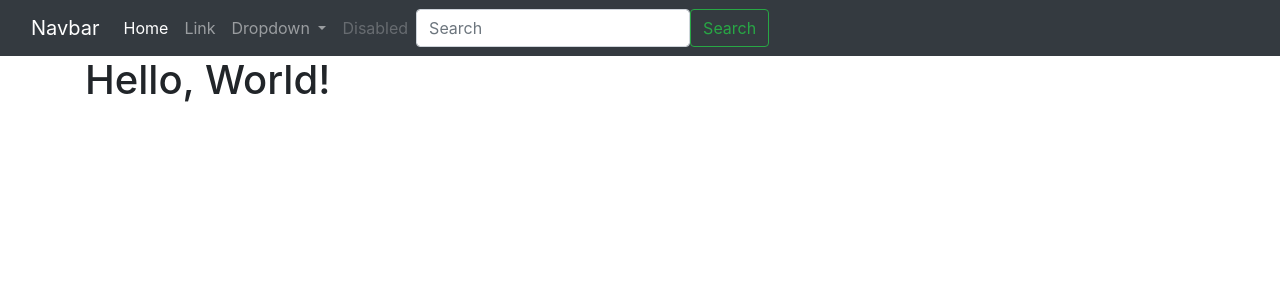
Repository: jaisydh07/WEBD6201-Week1
Page: index.html
These files come from the project's save history. The page is drawn as it stood at one moment and after the next save; the edit follows.
The browser window is 1280 px wide. The pictures show the whole page.

Above is the page before, as saved 2021-01-28 22:19:56.

### index.html
<!DOCTYPE html>
<html lang="en">
<head>
    <meta charset="UTF-8">
    <meta name="viewport" content="width=device-width, initial-scale=1.0">
    <title>Hello, World!</title>
    <!-- CSS Section -->
    <link rel="stylesheet" href="./node_modules/bootstrap/dist/css/bootstrap.min.css">
    <link rel="stylesheet" href="./node_modules/@fortawesome/fontawesome-free/css/all.min.css">
    <link rel="stylesheet" href="./Content/app.css">
</head>
<body>

    <nav class="navbar navbar-expand-lg navbar-dark bg-dark">
        <div class="container-fluid">
          <a class="navbar-brand" href="#">Navbar</a>
          <button class="navbar-toggler" type="button" data-bs-toggle="collapse" data-bs-target="#navbarSupportedContent" aria-controls="navbarSupportedContent" aria-expanded="false" aria-label="Toggle navigation">
            <span class="navbar-toggler-icon"></span>
          </button>
          <div class="collapse navbar-collapse" id="navbarSupportedContent">
            <ul class="navbar-nav me-auto mb-2 mb-lg-0">
              <li class="nav-item">
                <a class="nav-link active" aria-current="page" href="#">Home</a>
              </li>
              <li class="nav-item">
                <a class="nav-link" href="#">Link</a>
              </li>
              <li class="nav-item dropdown">
                <a class="nav-link dropdown-toggle" href="#" id="navbarDropdown" role="button" data-bs-toggle="dropdown" aria-expanded="false">
                  Dropdown
                </a>
                <ul class="dropdown-menu" aria-labelledby="navbarDropdown">
                  <li><a class="dropdown-item" href="#">Action</a></li>
                  <li><a class="dropdown-item" href="#">Another action</a></li>
                  <li><hr class="dropdown-divider"></li>
                  <li><a class="dropdown-item" href="#">Something else here</a></li>
                </ul>
              </li>
              <li class="nav-item">
                <a class="nav-link disabled" href="#" tabindex="-1" aria-disabled="true">Disabled</a>
              </li>
            </ul>
            <form class="d-flex">
              <input class="form-control me-2" type="search" placeholder="Search" aria-label="Search">
              <button class="btn btn-outline-success" type="submit">Search</button>
            </form>
          </div>
        </div>
      </nav>

    <div class="container">
        <h1>Hello, World!</h1>
    </div>

    <!-- JavaScript Section -->
    <script src="./node_modules/jquery/dist/jquery.min.js"></script>
    <script src="./node_modules/bootstrap/dist/js/bootstrap.bundle.min.js"></script>

    <script src="./Scripts/app.js"></script>
</body>
</html>

### Content/app.css
/* Custom CSS goes here */

### Scripts/app.js
/* Custom Scripts go here */

//IIFE - Immediately Invoked Function Expression
//AKA: Anonymous Self-Executing Function

(function()
{
    // initialization function
    function Start()
    {
        console.log("App Started...");

    }

    // event listener
    window.addEventListener("load",Start);

})();

Loaded but not shown: node_modules/bootstrap/dist/css/bootstrap.min.css (library); node_modules/@fortawesome/fontawesome-free/css/all.min.css (library); node_modules/jquery/dist/jquery.min.js (library); node_modules/bootstrap/dist/js/bootstrap.bundle.min.js (library)

After the next save:
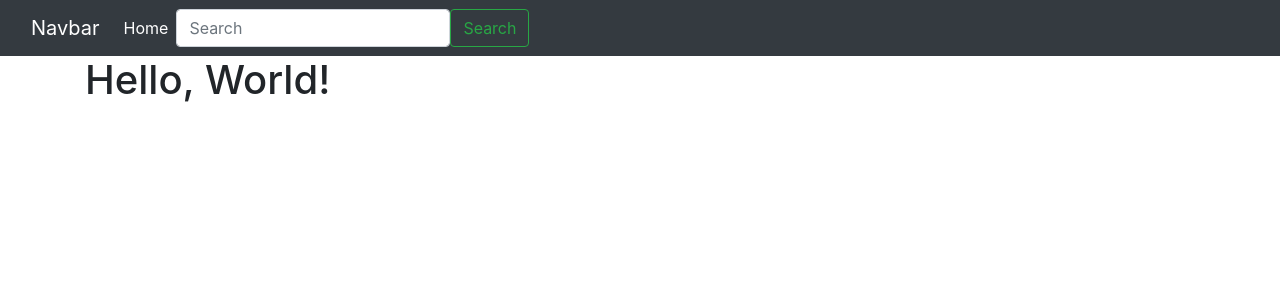
Saved 4 min 38 s later.
--- a/index.html
+++ b/index.html
@@ -22,23 +22,6 @@
               <li class="nav-item">
                 <a class="nav-link active" aria-current="page" href="#">Home</a>
               </li>
-              <li class="nav-item">
-                <a class="nav-link" href="#">Link</a>
-              </li>
-              <li class="nav-item dropdown">
-                <a class="nav-link dropdown-toggle" href="#" id="navbarDropdown" role="button" data-bs-toggle="dropdown" aria-expanded="false">
-                  Dropdown
-                </a>
-                <ul class="dropdown-menu" aria-labelledby="navbarDropdown">
-                  <li><a class="dropdown-item" href="#">Action</a></li>
-                  <li><a class="dropdown-item" href="#">Another action</a></li>
-                  <li><hr class="dropdown-divider"></li>
-                  <li><a class="dropdown-item" href="#">Something else here</a></li>
-                </ul>
-              </li>
-              <li class="nav-item">
-                <a class="nav-link disabled" href="#" tabindex="-1" aria-disabled="true">Disabled</a>
-              </li>
             </ul>
             <form class="d-flex">
               <input class="form-control me-2" type="search" placeholder="Search" aria-label="Search">
